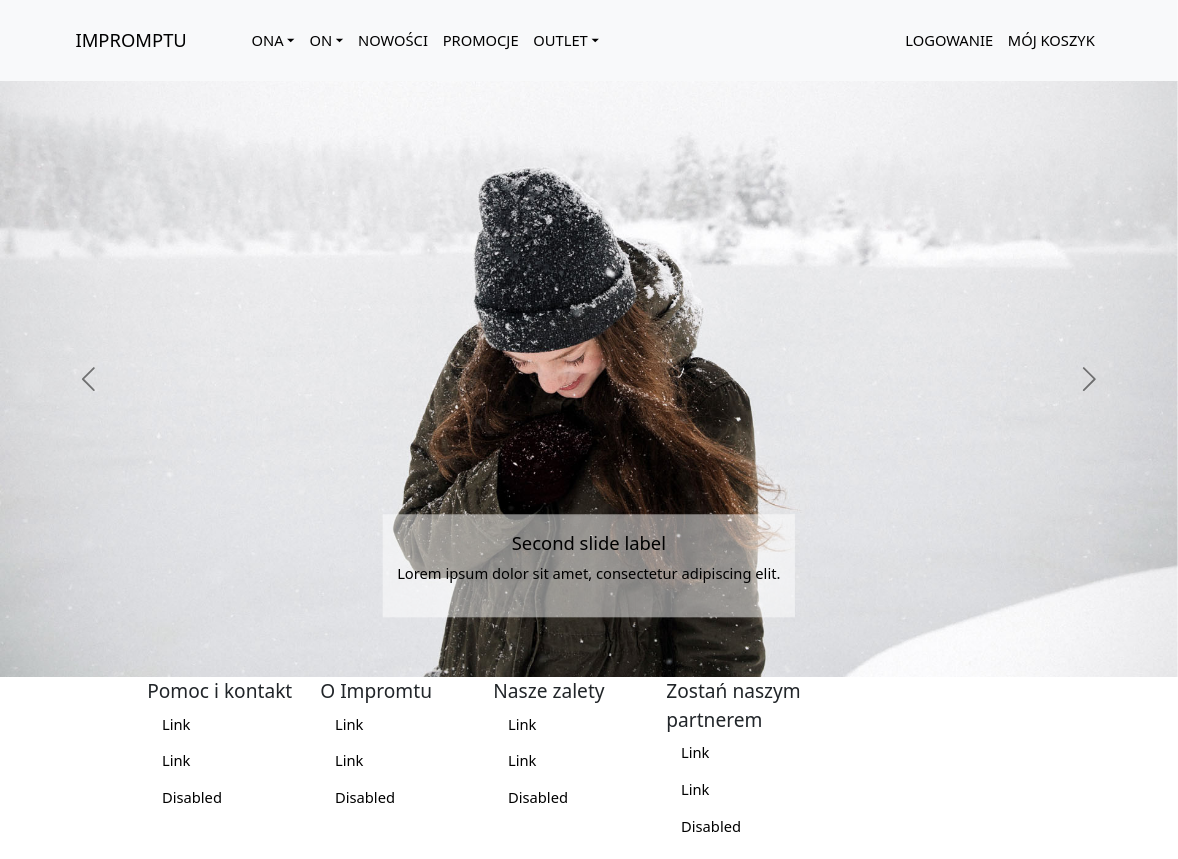
Repository: michalgornicki/Impromptu
Page: /
These files come from the project's save history. The page is drawn as it stood at one moment and after a run of saves; the edit follows.
The browser window is 1280 px wide. The pictures show the whole page, at 92% of full size.
The project was rebuilt for these pictures with package versions that can differ from the ones it lists, and the page was loaded fresh each time.

Above is the page before, as saved 2021-12-23 13:39:44.

After the next 7 saves:
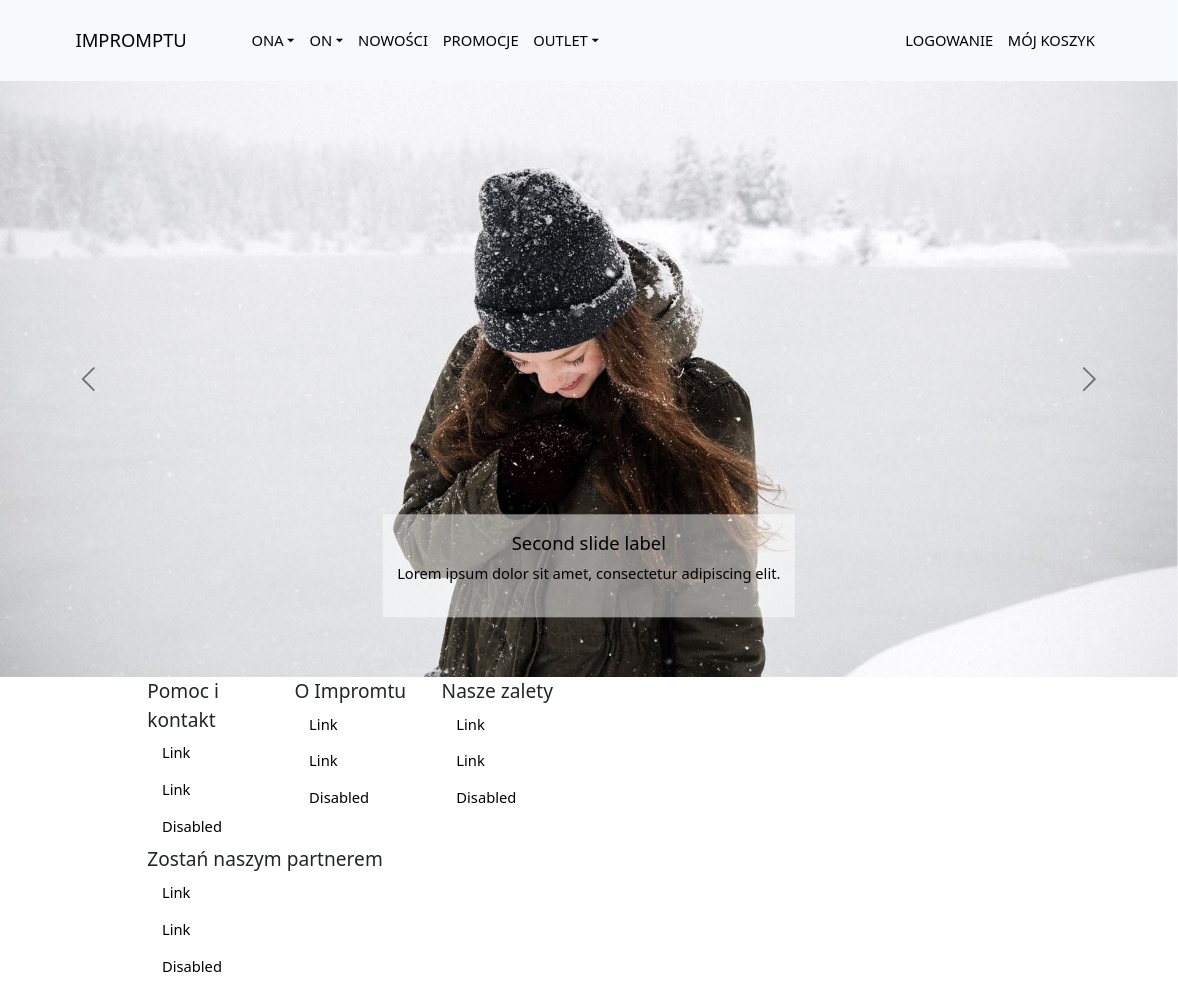
The 7 saves are shown as one change because they came seconds apart.
The last was saved 21 s later.
--- a/src/App.jsx
+++ b/src/App.jsx
@@ -159,7 +159,7 @@
   activeKey="/home"
   className="w-75 m-auto"
 >
-  <Row>
+  <Row className="w-50">
   <Col>
   <div className="display-7">
     Pomoc i kontakt

After the save that followed:
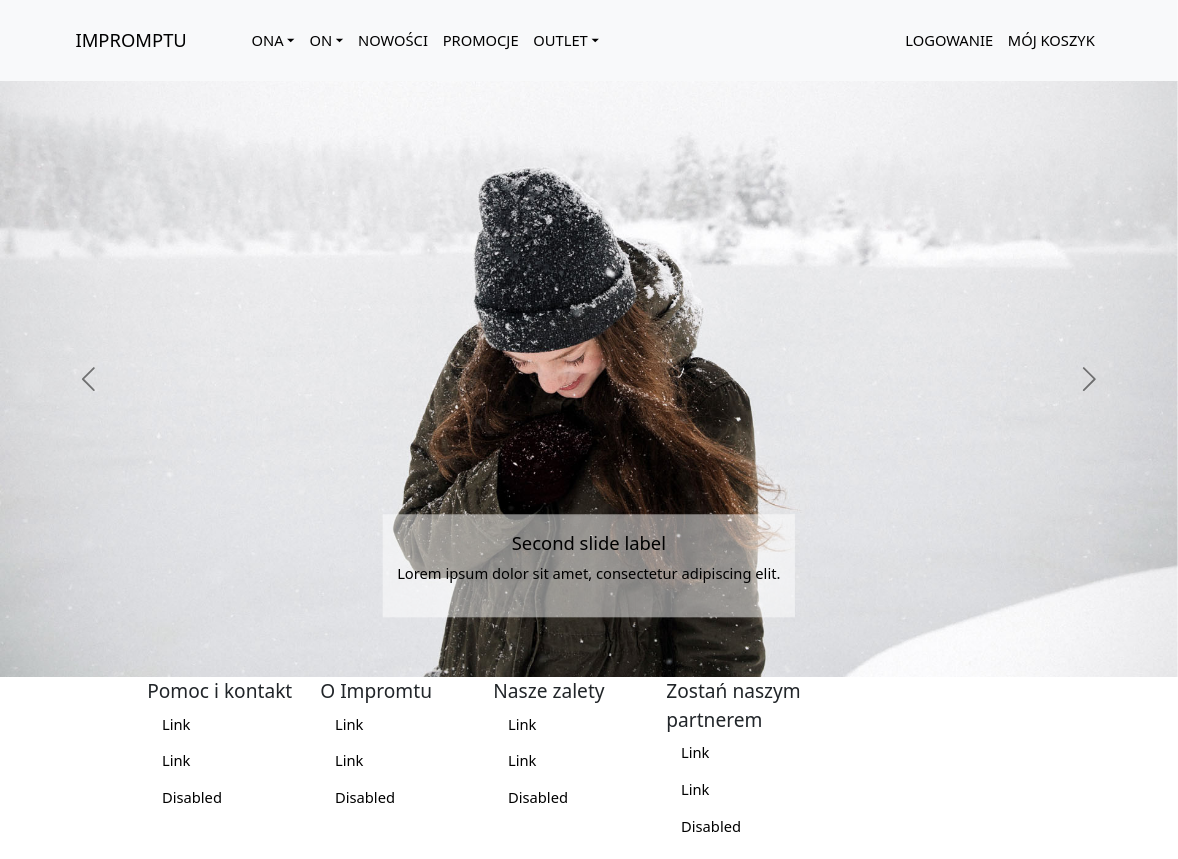
Saved 7 s later.
--- a/src/App.jsx
+++ b/src/App.jsx
@@ -159,7 +159,7 @@
   activeKey="/home"
   className="w-75 m-auto"
 >
-  <Row className="w-50">
+  <Row className="">
   <Col>
   <div className="display-7">
     Pomoc i kontakt
